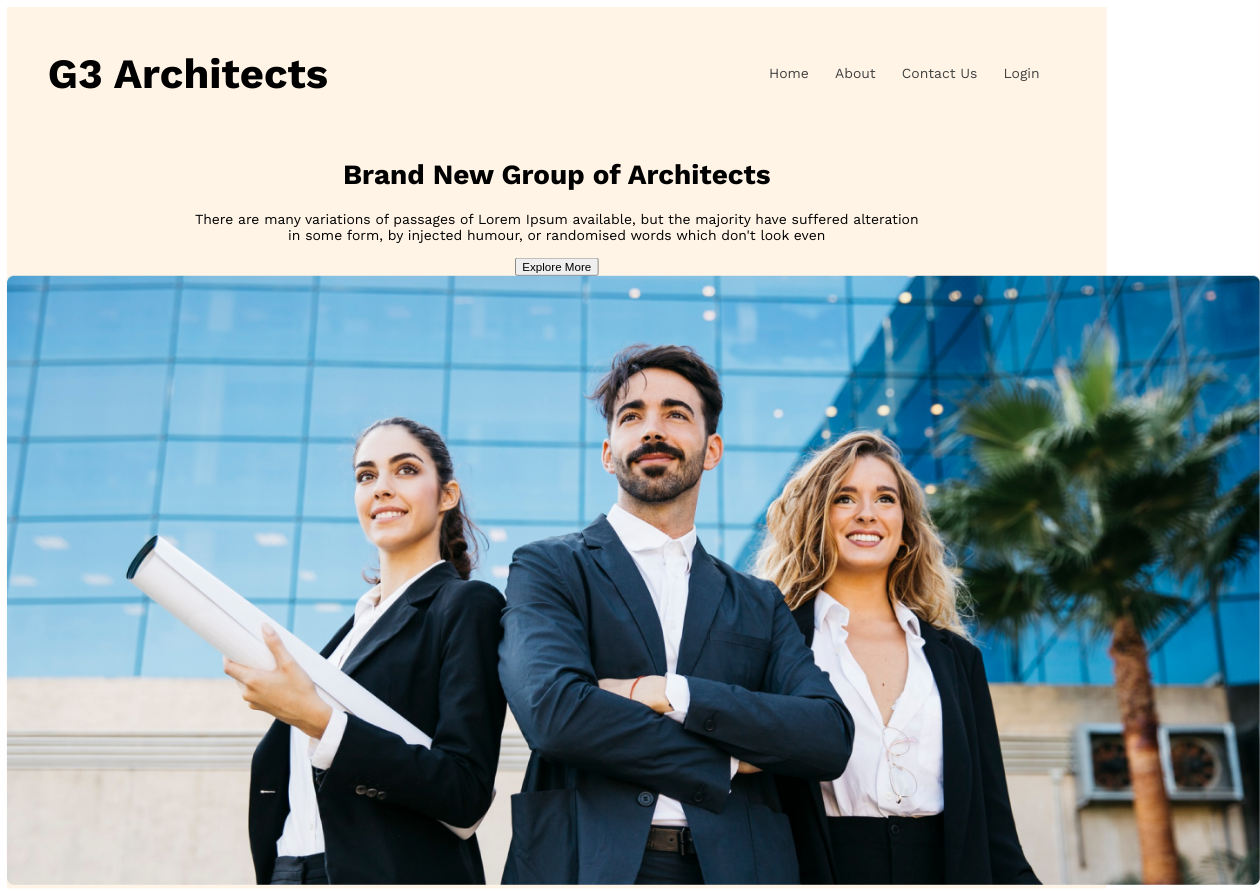
Repository: dollyrakhe22/g3-architects-website
Page: index.html
An editor plug-in stored every save of this project. The page is shown before and after the next save, followed by the edit.
The browser window is 1280 px wide. The page is 1448 px wide, so the pictures cover 1448 px, including what lies to the right of the window. The pictures show the whole page, at 87% of full size.

Above is the page before, as saved 2025-07-20 09:26:23.

### index.html
<!DOCTYPE html>
<html lang="en">
<head>
    <meta charset="UTF-8">
    <meta name="viewport" content="width=device-width, initial-scale=1.0">
    <title>Architects Website</title>
    <link rel="stylesheet" href="style.css">
</head>
<body class="work-sans-font">
    <header class="bg-light">
           <nav class="navbar  display-flex">
             <h3 class="brand">G3 Architects</h3>
             <ul class="nav-links display-flex">
              <li class="nav-item"><a href="" class="nav-link text-gray ">Home</a></li>
              <li class="nav-item"><a href="" class="nav-link text-gray ">About</a></li>
              <li class="nav-item"><a href="" class="nav-link text-gray ">Contact Us</a></li>
              <li class="nav-item"><a href="" class="nav-link text-gray ">Login</a></li>
             </ul>
           </nav>
           <div class="banner">
          <div class="banner-content">
              <h1 class="banner-title">Brand New Group of Architects </h1>
              <p class="banner-description">There are many variations of passages of Lorem Ipsum available, but the majority have suffered alteration in some form, by injected humour,
              or randomised words which don't look even</p>
            <button>Explore More</button>
          </div>
            <img src="images/banner.png" alt="" srcset="">
           </div>
    </header>
    <main>

    </main>
    <footer>

    </footer>
</body>
</html>

### style.css
@import url('https://fonts.googleapis.com/css2?family=Work+Sans:ital,wght@0,100..900;1,100..900&display=swap');

.work-sans-font {
  font-family: "Work Sans", sans-serif;
  font-optical-sizing: auto;
  font-weight: 400px;
  font-style: normal;
}
/*shared styles*/
.display-flex{
  display: flex;
}
/*dark 02*/
.text-gray{
  color: #424242;
}
/*dark 03*/
.text-light-gray{
  color:#727272;
}
.navbar{
  justify-content: space-between;
  align-items: center;
}
.bg-light{
  background-color: rgba(255, 144, 14, 0.1);
}
.brand{
  font-weight: 700;
  font-size: 3rem;
}
/*header styles*/


/*navbar related styles*/
.navbar{
  display: flex;
}
.nav-item{
  list-style: none;
  margin-right: 30px;
}
.nav-link{
  text-decoration: none;
  font-size: 500;
}
.navbar {
  max-width: 1170px;
  margin: 0 auto;
}


/*banner related styles*/
.banner-content{
  max-width: 850px;
  margin: 0 auto;
  text-align: center;
}

After the next save:
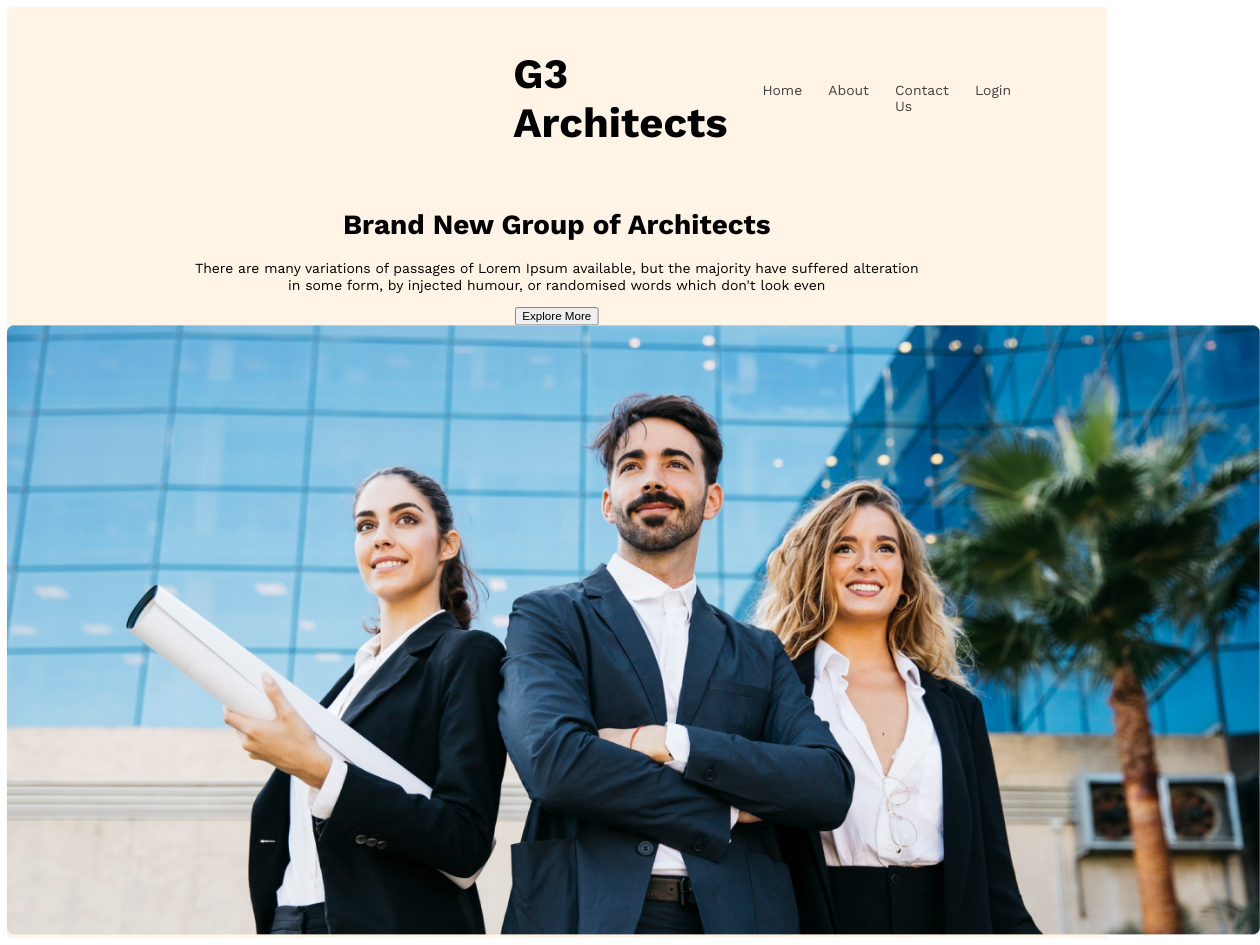
Saved 17 s later.
--- a/style.css
+++ b/style.css
@@ -45,7 +45,7 @@
   font-size: 500;
 }
 .navbar {
-  max-width: 1170px;
+  max-width: 100px;
   margin: 0 auto;
 }
 

After the save that followed:
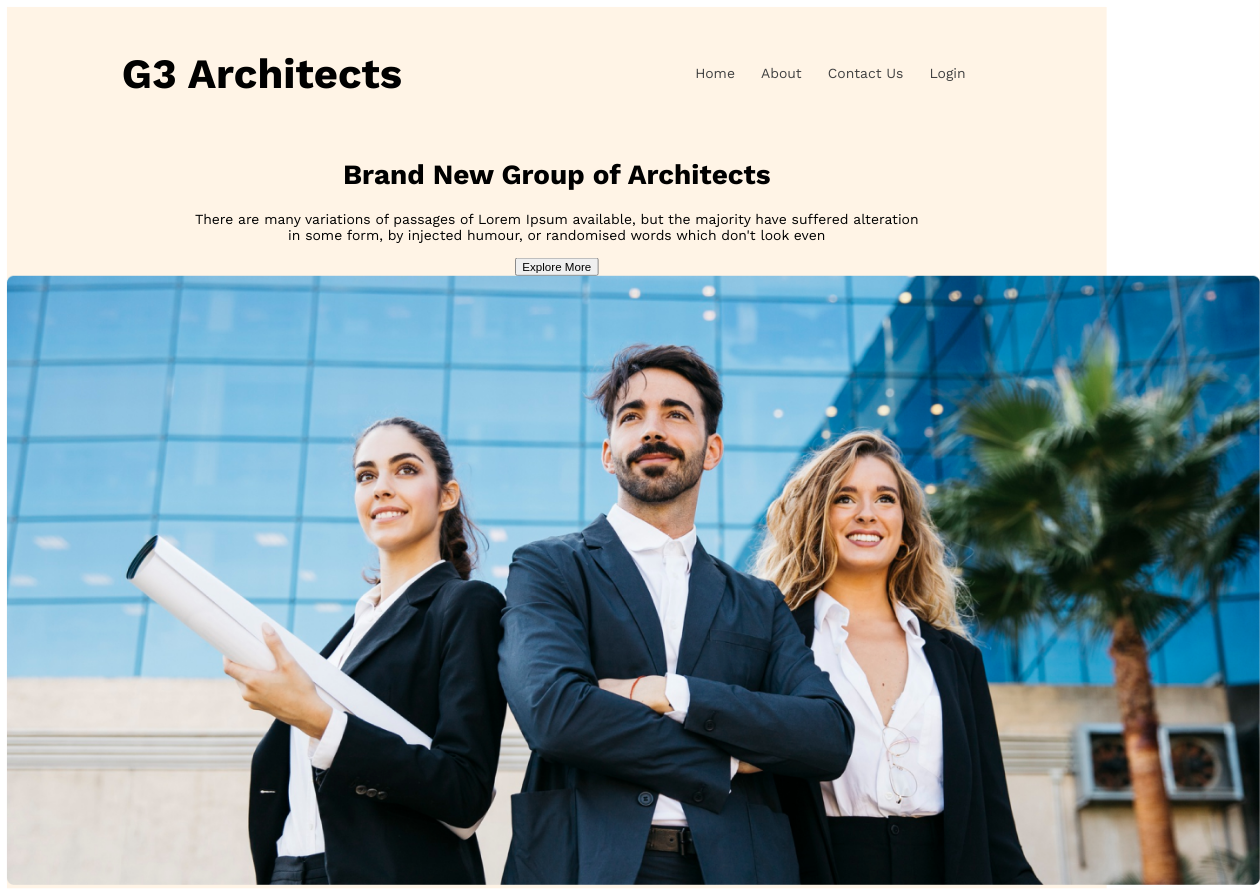
Saved 19 s later.
--- a/style.css
+++ b/style.css
@@ -45,7 +45,7 @@
   font-size: 500;
 }
 .navbar {
-  max-width: 100px;
+  max-width: 1000px;
   margin: 0 auto;
 }
 
